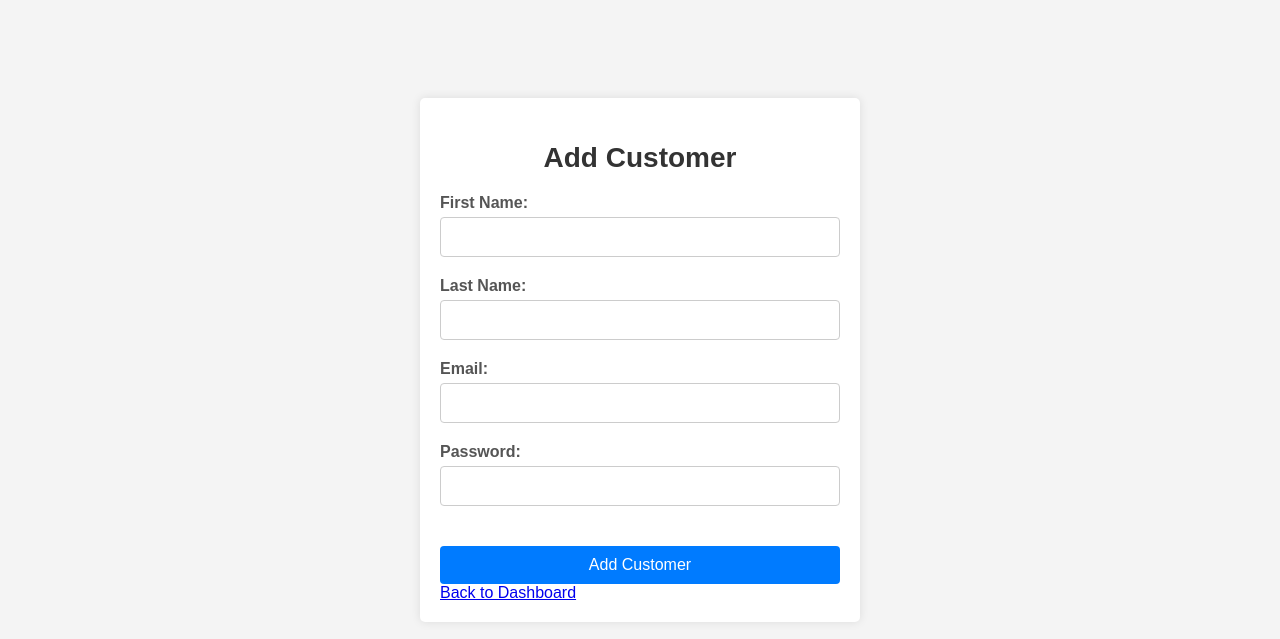
Repository: vinayakGarudi2002/swabhavTrainingProjects
Page: http://localhost/01_banking_application/addCustomer.jsp
The author's editor kept a copy of each file at every save. The page is drawn from the files as they stood at one save, then again after the next save.
The browser window is 1280 px wide. The pictures show the whole page.
The page is served by Tomcat 9.

Above is the page before, as saved 2024-08-12 10:58:42.

After the next save:
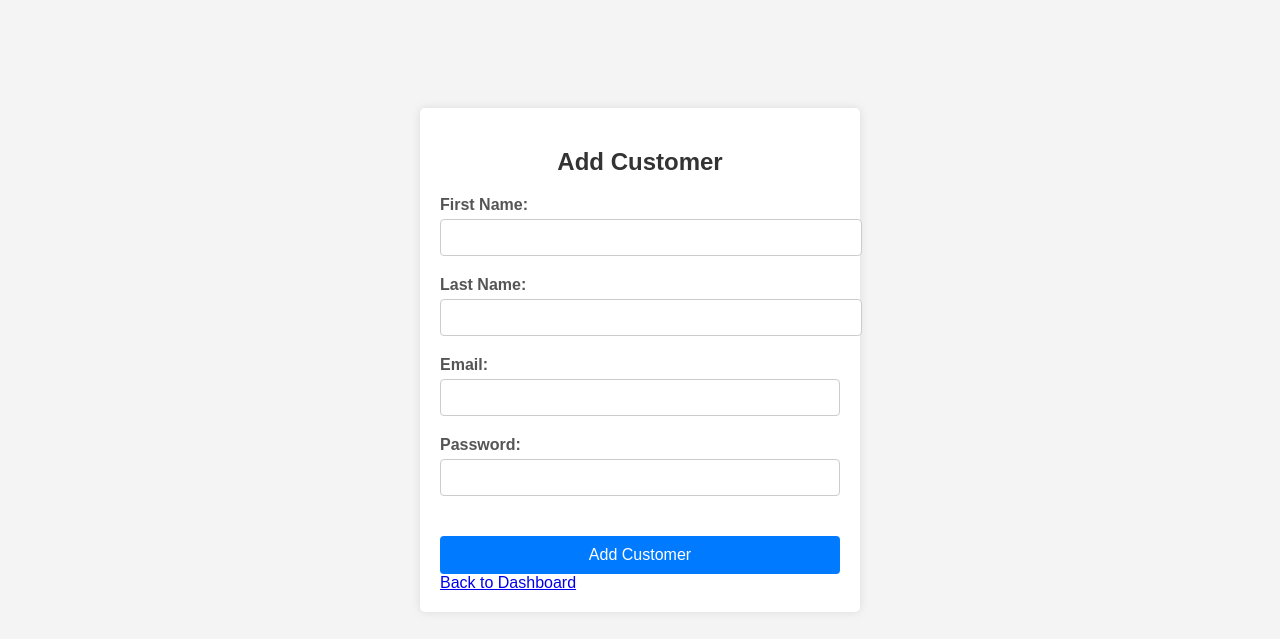
Saved 36 s later.
--- a/01_banking_application/WebContent/static/css/styles.css
+++ b/01_banking_application/WebContent/static/css/styles.css
@@ -171,105 +171,3 @@ button:hover {
     margin-top: 20px;
     text-align: center;
 }
-
-
-/* styles.css */
-body {
-    font-family: Arial, sans-serif;
-    background-color: #f4f4f4;
-    margin: 0;
-    display: flex;
-    justify-content: center;
-    align-items: center;
-    height: 100vh;
-}
-
-.dashboard-container {
-    background-color: #fff;
-    padding: 30px;
-    border-radius: 8px;
-    box-shadow: 0 0 15px rgba(0, 0, 0, 0.1);
-    width: 100%;
-    max-width: 500px;
-    margin: 0 auto;
-    text-align: center;
-}
-
-h2 {
-    margin-bottom: 20px;
-    font-size: 28px;
-    color: #333;
-    text-align: center;
-}
-
-.form-container {
-    margin-top: 20px;
-    width: 100%;
-    max-width: 400px;
-    margin: 0 auto;
-}
-
-.form-group {
-    margin-bottom: 20px;
-    text-align: left;
-}
-
-label {
-    display: block;
-    margin-bottom: 5px;
-    color: #555;
-    font-weight: bold;
-}
-
-input[type="text"],
-input[type="email"],
-input[type="password"] {
-    width: 100%;
-    padding: 10px;
-    box-sizing: border-box;
-    border: 1px solid #ddd;
-    border-radius: 4px;
-    font-size: 16px;
-}
-
-.form-actions {
-    text-align: center;
-}
-
-button.btn {
-    width: 100%;
-    padding: 12px;
-    background-color: #007bff;
-    color: white;
-    border: none;
-    border-radius: 4px;
-    cursor: pointer;
-    font-size: 16px;
-}
-
-button.btn:hover {
-    background-color: #0056b3;
-}
-
-.btn-secondary {
-    margin-top: 20px;
-    background-color: #6c757d;
-}
-
-.btn-secondary:hover {
-    background-color: #5a6268;
-}
-
-.error-message {
-    color: #dc3545;
-    font-weight: bold;
-    margin-top: 10px;
-    text-align: center;
-}
-
-.succes-message {
-    color: green;
-    font-weight: bold;
-    margin-top: 10px;
-    text-align: center;
-}
